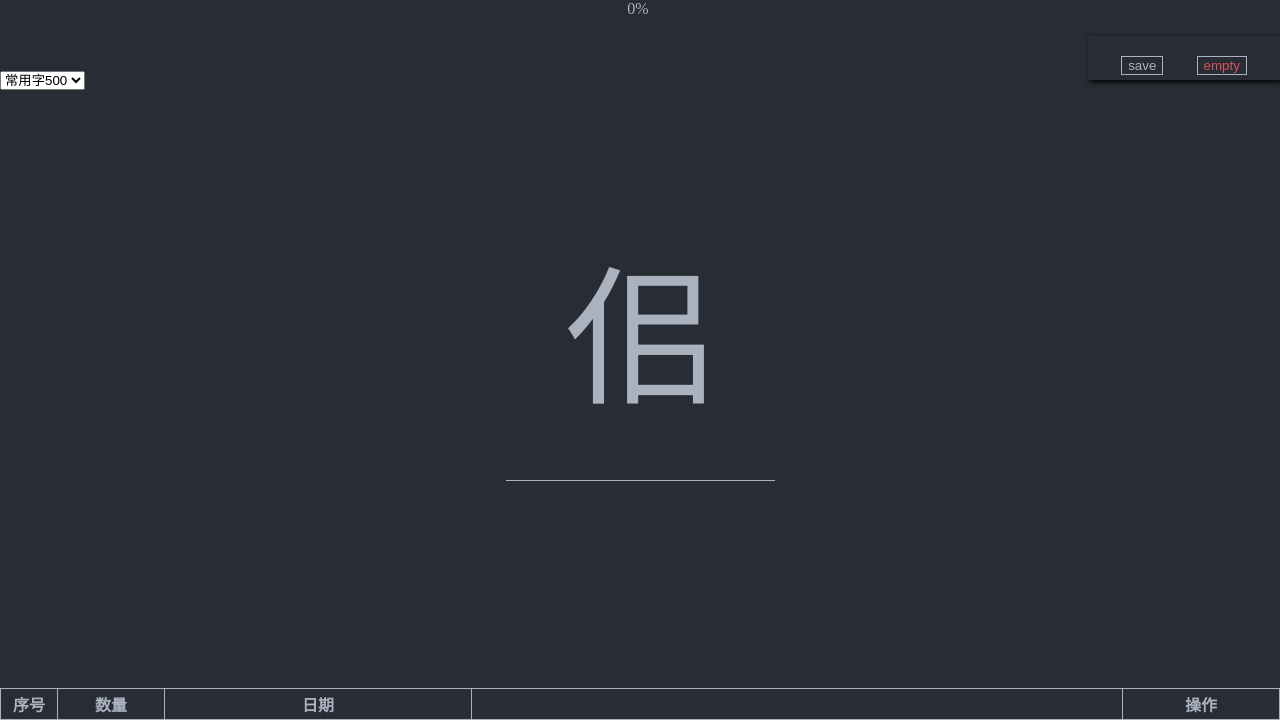
Repository: KR673/wsHone
Page: main.html
An editor plug-in stored every save of this project. The page is shown before and after the next save, followed by the edit.
The browser window is 1280 px wide. The pictures show the whole page.
Some web fonts or font styles are not loaded; a fallback is used.

Above is the page before, as saved 2023-01-30 22:40:39.
Console error: ReferenceError: initFaultConut is not defined

After the next save:
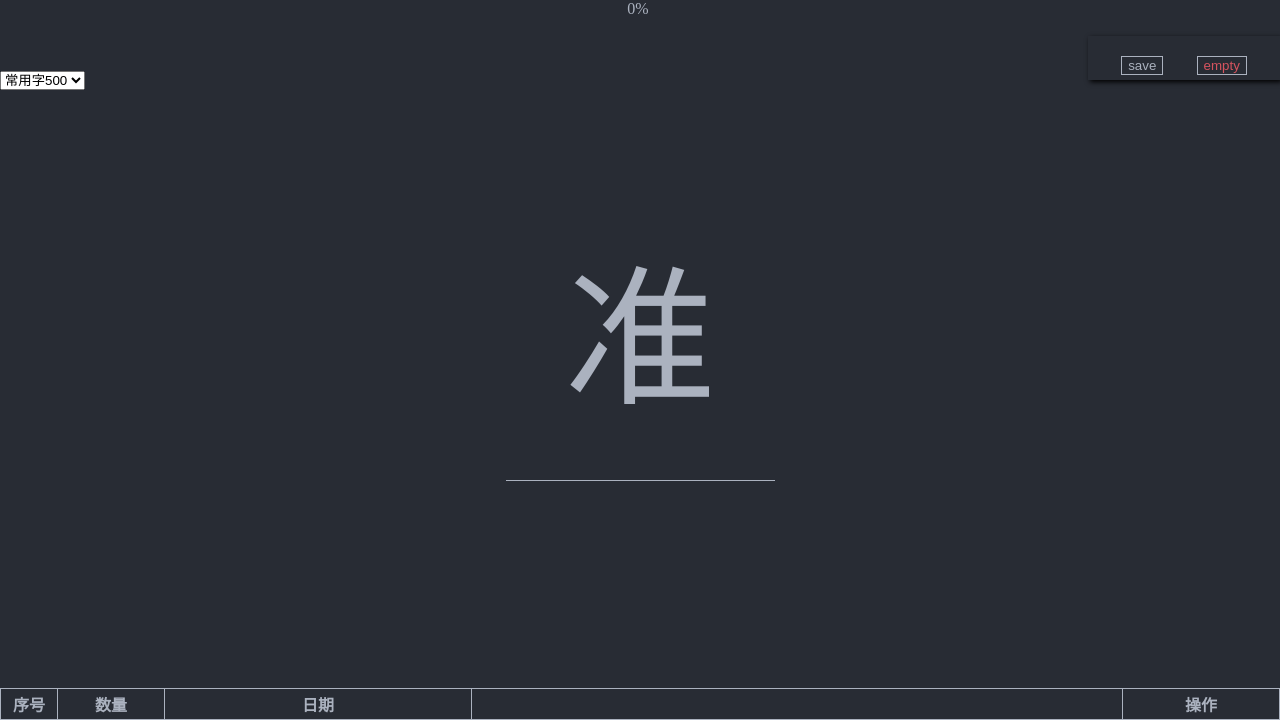
Saved 10 s later.
--- a/static/js/main.js
+++ b/static/js/main.js
@@ -62,7 +62,7 @@ class DataErr{
     }
 }
 
-init(hanZiRoot)
+init(frequentlyWord)
 
 function init(dataAccept){
 
